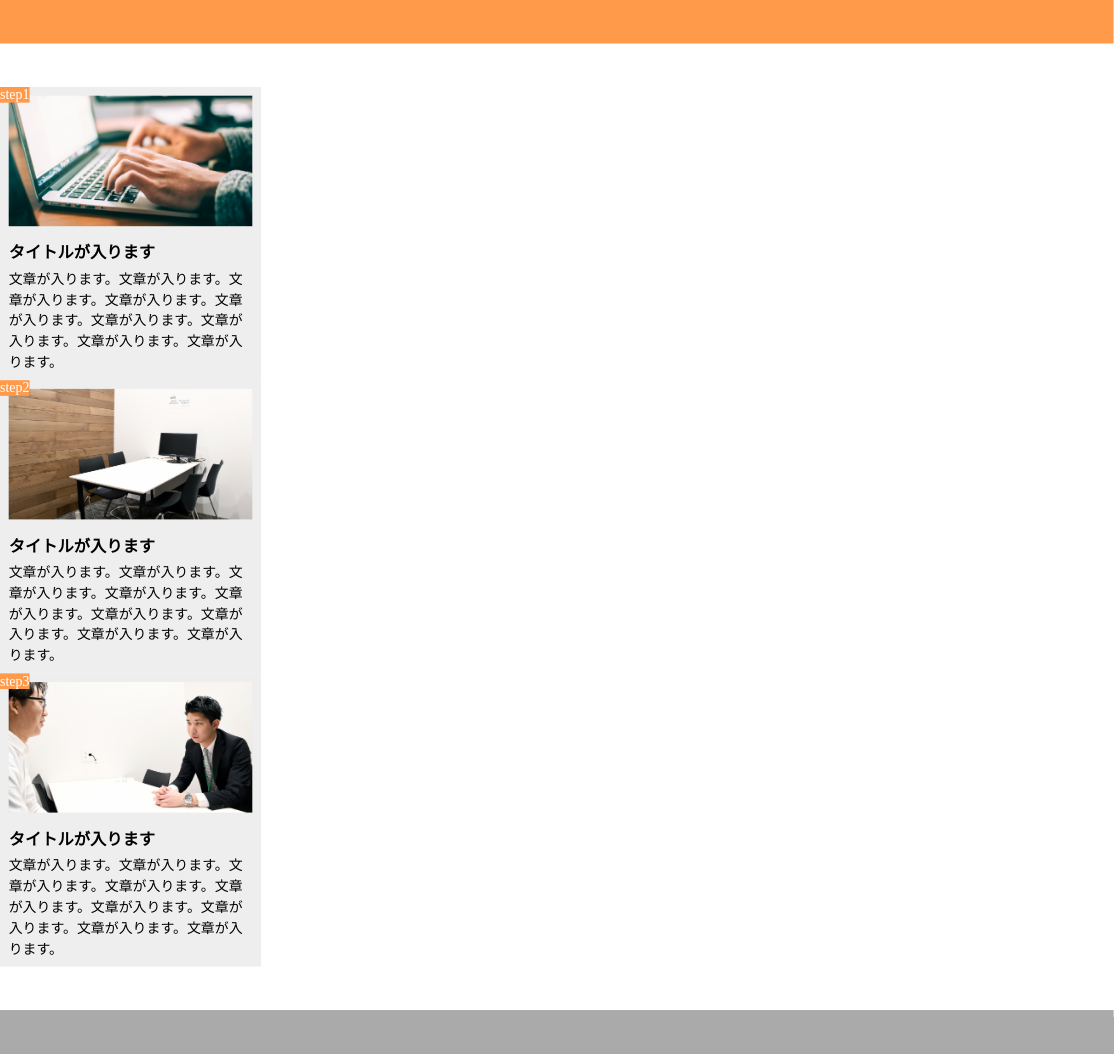
Repository: karei2640/dmm-webcanp
Page: ９章演習/９章演習.html
The author's editor kept a record of every edit. The page is drawn from the files as they stood at one moment, then again after the next edit.
The browser window is 1280 px wide. The pictures show the whole page, at 87% of full size.

Above is the page before.

### ９章演習/９章演習.html
<html lang="ja">
  <head>
    <meta charset="UTF-8" />
   <meta name="viewport" content="width=device-width,initial-scale=1.0">
    <title>9章演習</title>
    <link rel="stylesheet" href="９章演習.css" />
  </head>
  <body>
    <header></header>
    <main>
      <div class="step-box">
        <div class="step-img1"></div>
        <span class="step-num">step1</span>
        <h3 class="title">タイトルが入ります</h3>
        <p class="text">
          文章が入ります。文章が入ります。文章が入ります。文章が入ります。文章が入ります。文章が入ります。文章が入ります。文章が入ります。文章が入ります。
        </p>
      </div>

      <div class="step-box">
        <div class="step-img2"></div>
        <span class="step-num">step2</span>
        <h3 class="title">タイトルが入ります</h3>
        <p class="text">
          文章が入ります。文章が入ります。文章が入ります。文章が入ります。文章が入ります。文章が入ります。文章が入ります。文章が入ります。文章が入ります。
        </p>
      </div>

      <div class="step-box">
        <div class="step-img3"></div>
        <span class="step-num">step3</span>
        <h3 class="title">タイトルが入ります</h3>
        <p class="text">
          文章が入ります。文章が入ります。文章が入ります。文章が入ります。文章が入ります。文章が入ります。文章が入ります。文章が入ります。文章が入ります。
        </p>
      </div>
    </main>
    <footer></footer>
  </body>
</html>

### ９章演習/９章演習.css
* {
  box-sizing: border-box;
  margin: 0;
  padding: 0;
}

header {

  height: 50px;
  background-color: #ff9a4b;
}

main {
  width:960px;
  margin: 50px auto;
display: inline-block;

}

.step-box {
  width: 300px;
  margin-right: 30px;
  padding: 10px;
  position: relative;
  background-color: #eee;
}

.step-box:last-child {
  margin-right: 0;
}

.step-img1 {
  height: 150px;
  background-image: url(img/flow01.png);
  background-position: bottom;
  background-size: cover;
}

.step-img2 {
  height: 150px;
  background-image: url(img/flow02.png);
  background-position: bottom;
  background-size: cover;
}

.step-img3 {
  height: 150px;
  background-image: url(img/flow03.png);
  background-position: bottom;
  background-size: cover;
}

.step-num {
  position: absolute;
  top: 0;
  left: 0;
  background-color: #ff9a4b;
  color: #fff;
}

.title {
  margin: 15px 0 5px;
}

footer {
  height: 50px;
  background-color: #aaa;
}

@media screen and (max-width: 768px) {
.step-box{
    width:90%;
    margin-left: 5%;
    margin-right: 5%;
    margin-bottom: 20px;
    background-size: auto;


    }



}

After the next edit:
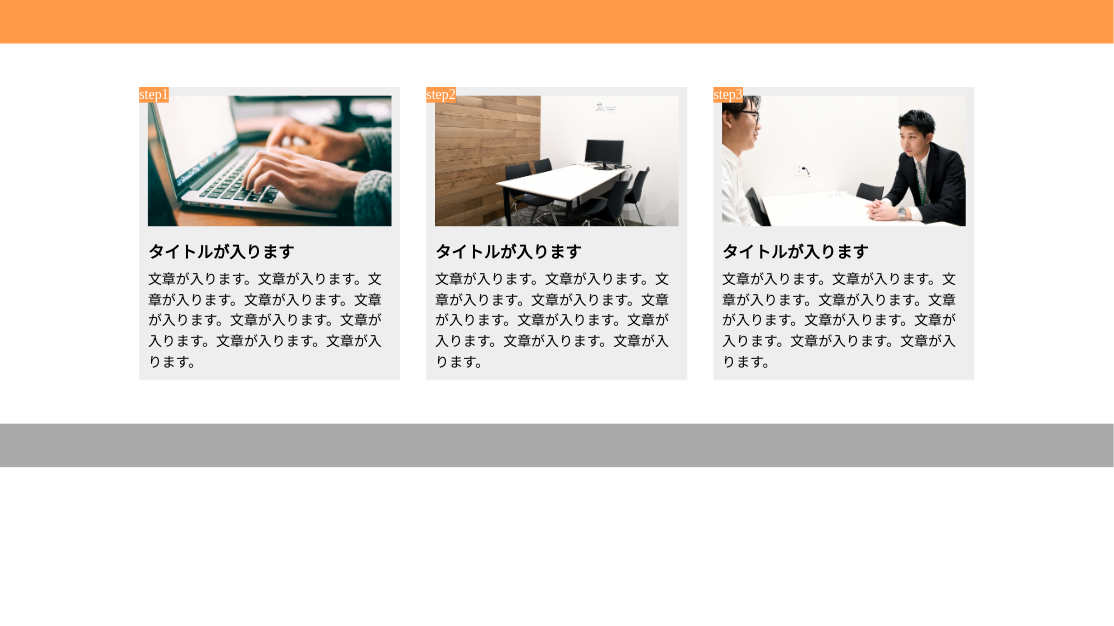
The edit:
--- a/９章演習/９章演習.css
+++ b/９章演習/９章演習.css
@@ -1,20 +1,18 @@
-* {
+*{
   box-sizing: border-box;
   margin: 0;
   padding: 0;
 }
 
 header {
-
   height: 50px;
   background-color: #ff9a4b;
 }
 
 main {
-  width:960px;
+  width: 960px;
   margin: 50px auto;
-display: inline-block;
-
+  display: flex;
 }
 
 .step-box {
@@ -67,6 +65,7 @@
   background-color: #aaa;
 }
 
+
 @media screen and (max-width: 768px) {
 .step-box{
     width:90%;

After the edit that followed:
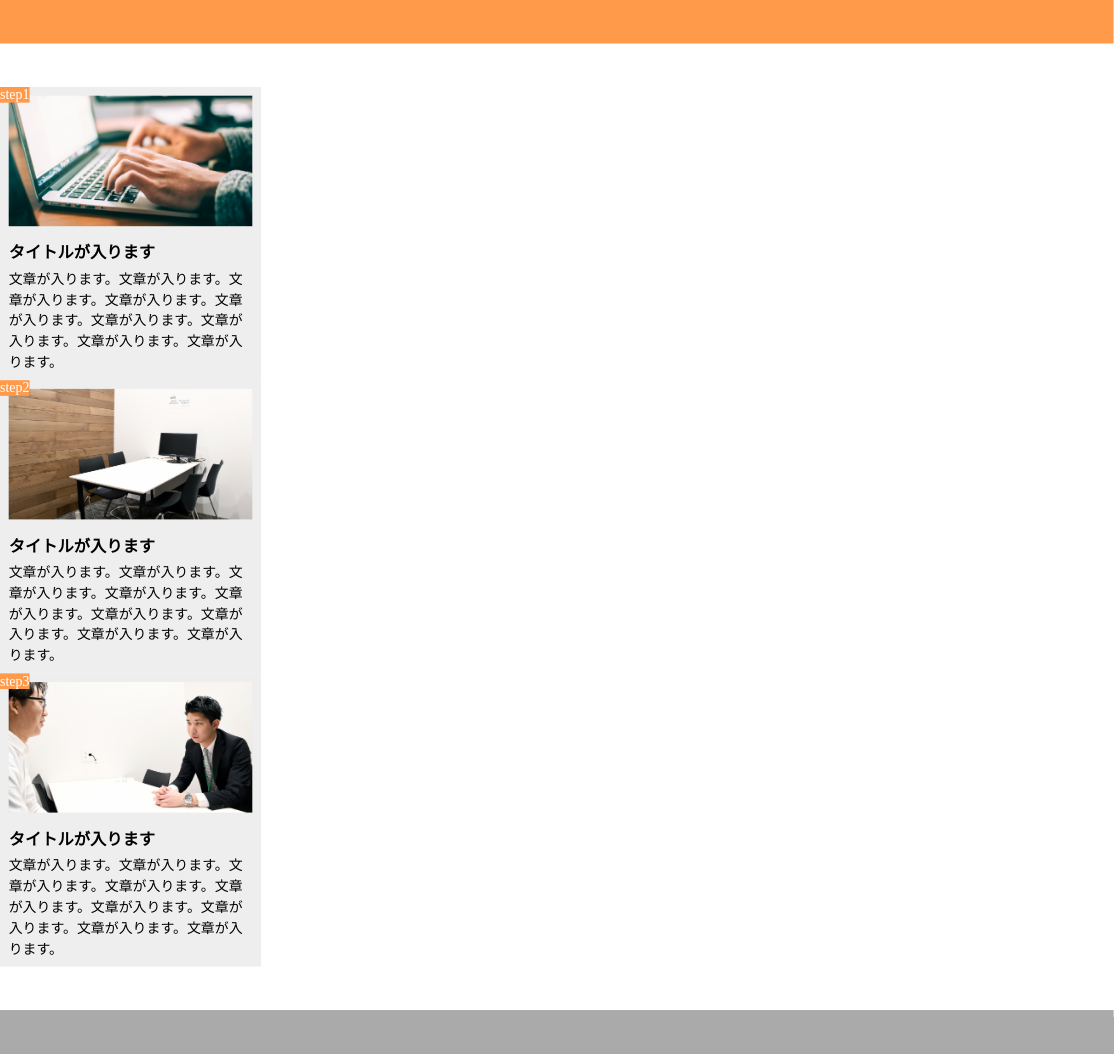
The edit:
--- a/９章演習/９章演習.css
+++ b/９章演習/９章演習.css
@@ -12,7 +12,7 @@
 main {
   width: 960px;
   margin: 50px auto;
-  display: flex;
+  display: inline-block;
 }
 
 .step-box {
